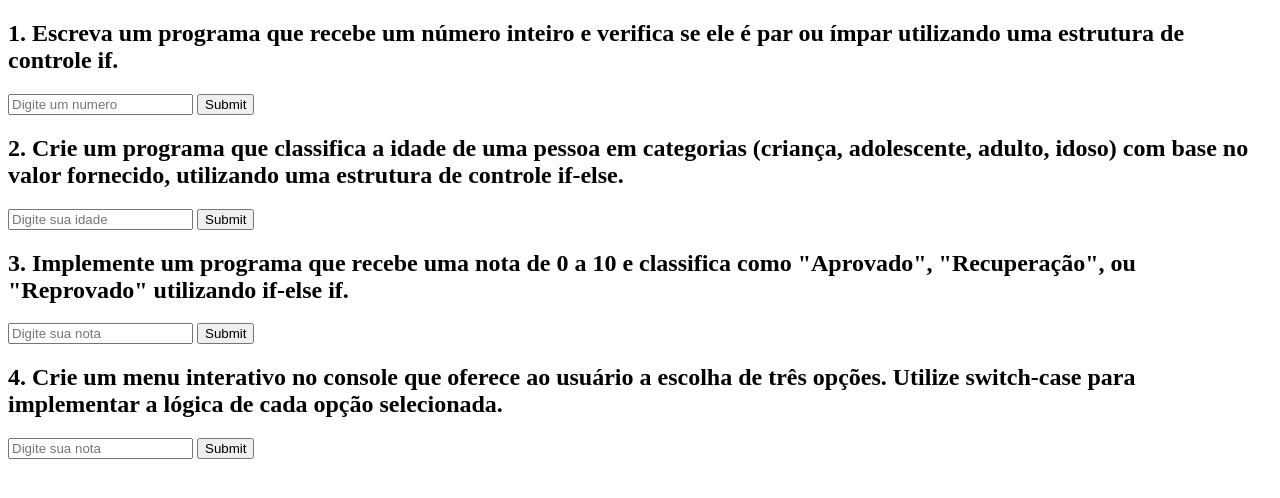
Repository: chidekina/prati-logica
Page: index.html
The author's editor kept a copy of each file at every save. The page is drawn from the files as they stood at one save, then again after a run of saves.
The browser window is 1280 px wide. The pictures show the whole page.

Above is the page before, as saved 2025-04-29 14:24:56.

### index.html
<!DOCTYPE html>
<html lang="en">
<head>
    <main>
        <meta charset="UTF-8">
        <meta name="viewport" content="width=device-width, initial-scale=1.0">
        <title>+prati - Lista de Exercicios 1</title>
    </head>
<body>
    <div>
        <h2>
            1. Escreva um programa que recebe um número inteiro e verifica se ele é par ou ímpar
utilizando uma estrutura de controle if.
    </h2>
    <div>
        <input id="task1" type="text" placeholder="Digite um numero" />
        <input type="submit" onclick="parOuImpar()">
    </div>
    <h3 id="answer1"></h3>
</div>
    <div>
        <h2>
            2. Crie um programa que classifica a idade de uma pessoa em categorias (criança,
adolescente, adulto, idoso) com base no valor fornecido, utilizando uma estrutura de
controle if-else.
    </h2>
    <div>
        <input id="task2" type="text" placeholder="Digite sua idade" />
        <input type="submit" onclick="classificacaoEtaria()">
    </div>
    <h3 id="answer2"></h3>
</div>
    <div>
        <h2>
            3. Implemente um programa que recebe uma nota de 0 a 10 e classifica como
"Aprovado", "Recuperação", ou "Reprovado" utilizando if-else if.
    </h2>
    <div>
        <input id="task3" type="text" placeholder="Digite sua nota" />
        <input type="submit" onclick="aprovacao()">
    </div>
    <h3 id="answer3"></h3>
</div>
    <div>
        <h2>
            4. Crie um menu interativo no console que oferece ao usuário a escolha de três opções.
Utilize switch-case para implementar a lógica de cada opção selecionada.
    </h2>
    <div>
        <input id="task3" type="text" placeholder="Digite sua nota" />
        <input type="submit" onclick="aprovacao()">
    </div>
    <h3 id="answer3"></h3>
</div>
</main>
<script src="app.js"></script>
</body>
</html>

### app.js
function parOuImpar() {
  const task1 = document.getElementById("task1");
  const numero = parseInt(task1.value);
  let answer1 = document.getElementById("answer1");

  if (isNaN(numero)) {
    alert("Digite um número válido.");
  } else {
    answer1.innerHTML = `O número ${numero} é ${numero % 2 === 0 ? 'par' : 'ímpar'}`;
  }
  task1.value = '';
}

function classificacaoEtaria() {
  const task2 = document.getElementById("task2");
  const idade = parseInt(task2.value);
  let classificacao;
  let answer2 = document.getElementById("answer2");

  if (isNaN(idade) || idade > 100 || idade < 0) {
    alert("Digite uma idade válida.");
  } else {
    if (idade >= 60) {
      classificacao = "idoso";
    } else if (idade >= 20) {
      classificacao = "adulto";
    } else if (idade >= 12) {
      classificacao = "adolescente";
    } else {
      classificacao = "criança";
    }
    answer2.innerHTML = `A idade de ${idade} anos é classificada como ${classificacao}.`;
  }
  task2.value = '';
}

function aprovacao() {
    const task3 = document.getElementById('task3');
    const nota = task3.value;

    if( nota < 0 || nota > 10 || isNaN(nota)) {
        alert('Digite uma nota válida.');
    } else {
        answer3.innerHTML = nota >= 7 ? 'Parabéns! Você foi aprovado.' : 'Poxa... Você ficou de recuperação.';
    }

    task3.value = '';
}

After the next 2 saves:
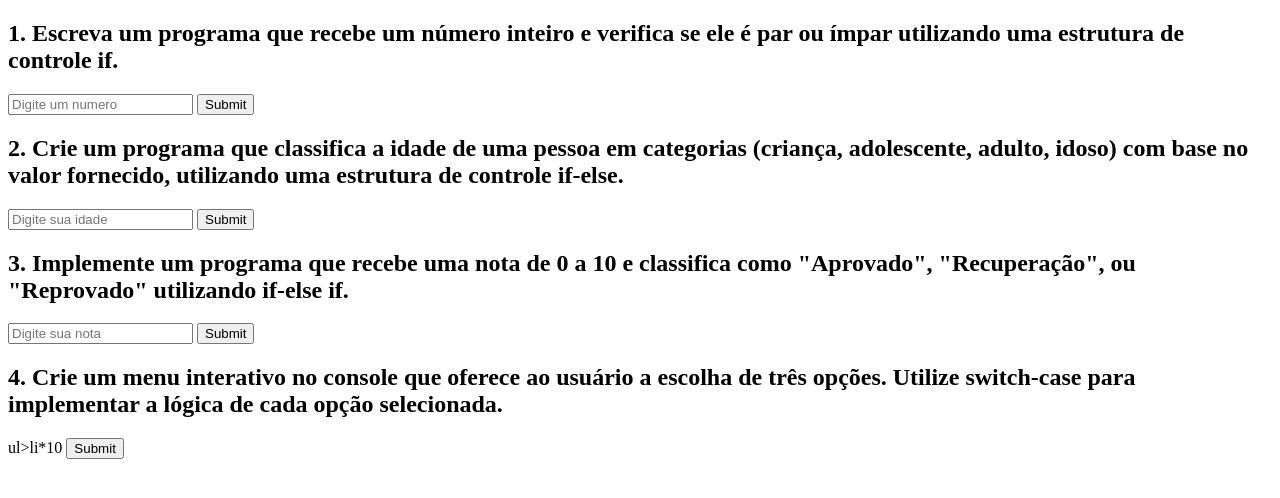
The 2 saves are shown as one change because they came seconds apart.
The last was saved 29 s later.
--- a/index.html
+++ b/index.html
@@ -47,7 +47,7 @@ controle if-else.
 Utilize switch-case para implementar a lógica de cada opção selecionada.
     </h2>
     <div>
-        <input id="task3" type="text" placeholder="Digite sua nota" />
+        ul>li*10
         <input type="submit" onclick="aprovacao()">
     </div>
     <h3 id="answer3"></h3>
